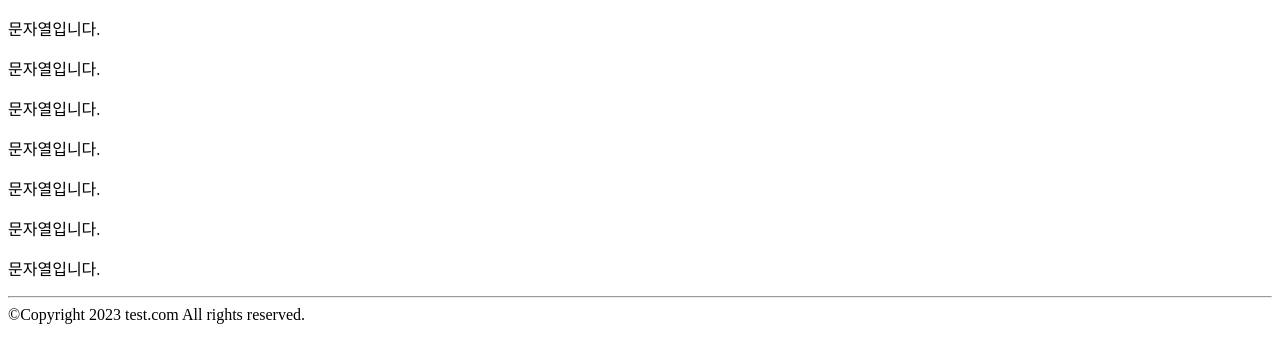
Repository: hb6700/server
Page: http://localhost/JSPTest/ex02.jsp
These files come from the project's save history. The page is drawn as it stood at one moment and after the next save; the edit follows.
The browser window is 1280 px wide. The pictures show the whole page.
The page is served by Tomcat 9.

Above is the page before, as saved 2023-10-17 05:12:57.

After the next save:
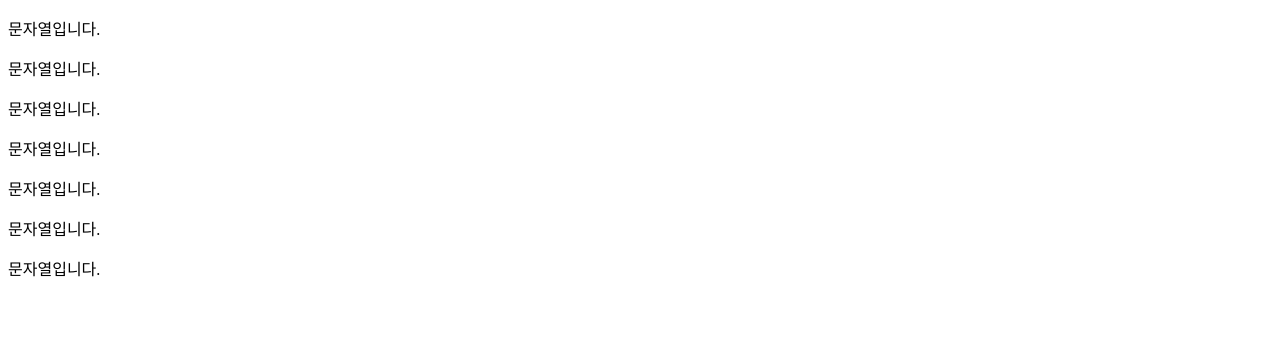
Saved 1 s later.
--- a/JSPTest/src/main/webapp/ex02.jsp
+++ b/JSPTest/src/main/webapp/ex02.jsp
@@ -16,9 +16,6 @@
 	<p>문자열입니다.</p>
 	<p>문자열입니다.</p>
 
-	<hr>
-	<div>
-		&copy;Copyright 2023 test.com All rights reserved.
-	</div>
+
 </body>
 </html>

After the 2 saves that followed:
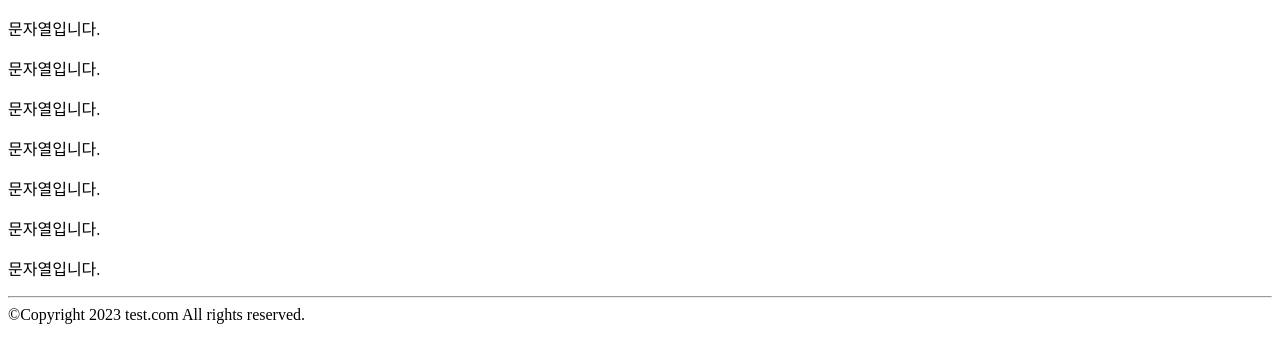
The 2 saves are shown as one change because 1 left the picture as it was.
The last was saved 41 s later.
--- a/JSPTest/src/main/webapp/ex02.jsp
+++ b/JSPTest/src/main/webapp/ex02.jsp
@@ -16,6 +16,7 @@
 	<p>문자열입니다.</p>
 	<p>문자열입니다.</p>
 
+	<%@ include file="inc/copyright.jsp" %>
 
 </body>
 </html>
